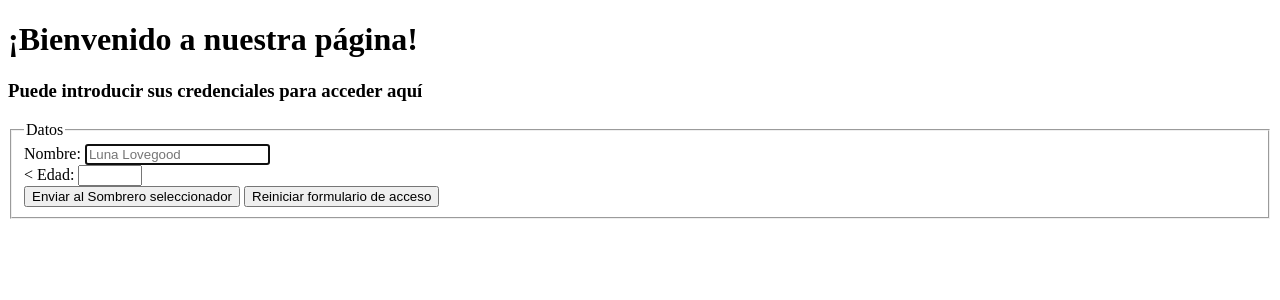
Repository: Pablosky971/Ejercicio-4.-Proyecto-Web
Page: Ejercicio5Servlet/src/main/webapp/formularioLogin.html
These files come from the project's save history. The page is drawn as it stood at one moment and after the next save; the edit follows.
The browser window is 1280 px wide. The pictures show the whole page.

Above is the page before, as saved 2022-03-10 12:16:49.

After the next save:
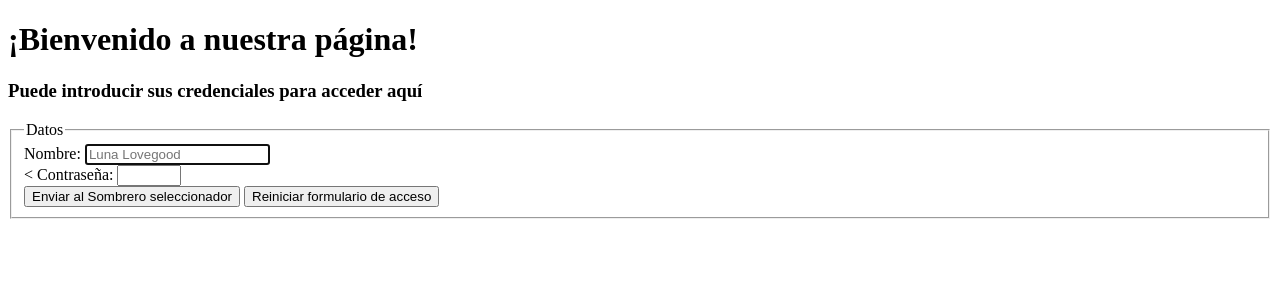
Saved 12 s later.
--- a/Ejercicio5Servlet/src/main/webapp/formularioLogin.html
+++ b/Ejercicio5Servlet/src/main/webapp/formularioLogin.html
@@ -19,7 +19,7 @@
             <input id="nombre" type="text" name="nombre" placeholder="Luna Lovegood" required autofocus/>
             <br />
             <
-            <label for="edad">Edad: </label>
+            <label for="edad">Contraseña: </label>
             <input id="edad" type="number" name="edad" min="12" max="100" step="1" requiered/>
             <br/>
 
